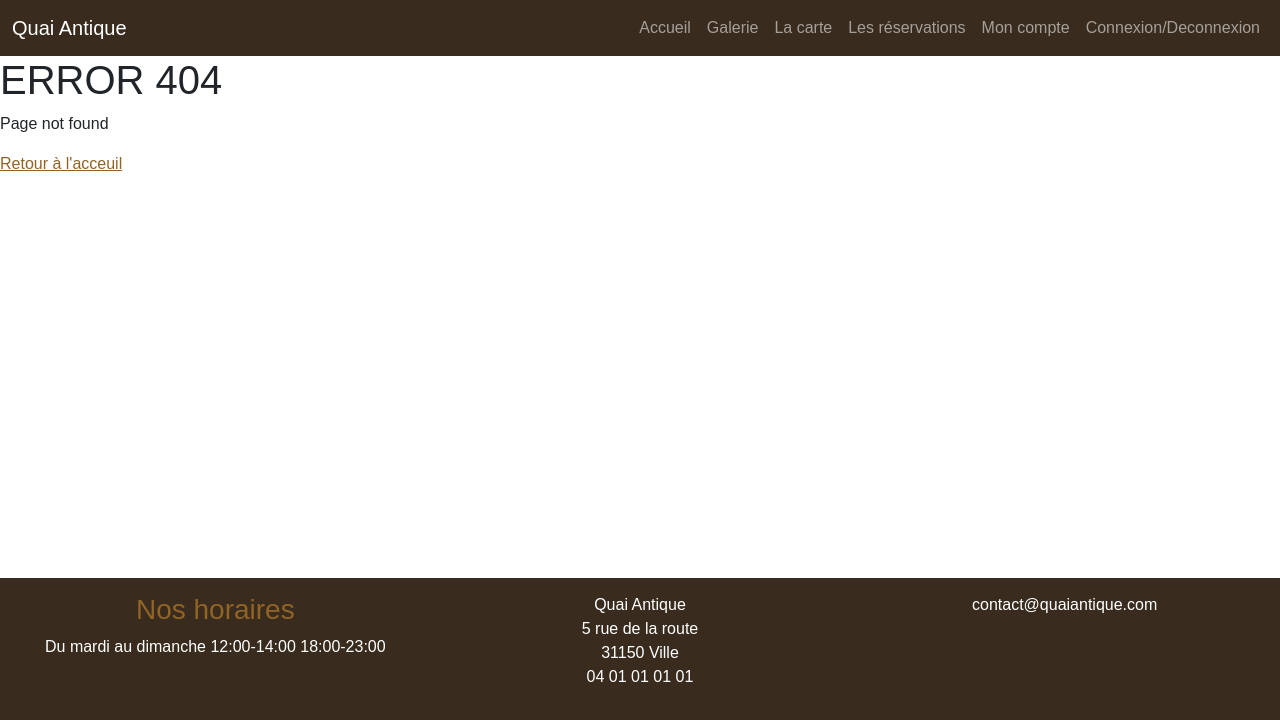
Repository: lemonhao9/QuaiAntiqueRestaurantFront
Page: index.html
These files come from the project's save history. The page is drawn as it stood at one moment and after the next save; the edit follows.
The browser window is 1280 px wide. The pictures show the whole page.
Some web fonts or font styles are not loaded; a fallback is used. Some web libraries are served in a nearby version. The style sheet was rebuilt from its Sass, Less or Tailwind sources for each picture, by a compiler version that may differ from the author's.

Above is the page before, as saved 2025-01-21 17:36:22.

### index.html
<!DOCTYPE html>
<html lang="en">
<head>
    <meta charset="UTF-8">
    <meta name="viewport" content="width=device-width, initial-scale=1.0">
    <link rel="preconnect" href="https://fonts.googleapis.com">
    <link rel="preconnect" href="https://fonts.gstatic.com" crossorigin>
    <link href="https://fonts.googleapis.com/css2?family=Hind+Madurai:wght@300;400&display=swwap" rel="stylesheet">
    <link rel="stylesheet" href="scss/main.css">
    <title>Document</title>
</head>
<body>
    <header>
        <header>
            <nav class="navbar navbar-expand-lg bg-dark" data-bs-theme="dark">
                <div class="container-fluid">
                  <a class="navbar-brand" href="/">Quai Antique</a>
                  <button class="navbar-toggler" type="button" data-bs-toggle="collapse" data-bs-target="#navbarSupportedContent" aria-controls="navbarSupportedContent" aria-expanded="false" aria-label="Toggle navigation">
                    <span class="navbar-toggler-icon"></span>
                  </button>
                  <div class="collapse navbar-collapse" id="navbarSupportedContent">
                    <ul class="navbar-nav ms-auto mb-2 mb-lg-0">
                      <li class="nav-item">
                        <a class="nav-link" href="/">Accueil</a>
                      </li>
                      <li class="nav-item">
                        <a class="nav-link" href="/galerie">Galerie</a>
                      </li>
                      <li class="nav-item">
                        <a class="nav-link" href="#">La carte</a>
                      </li>
                      <li class="nav-item">
                        <a class="nav-link" href="#">Les réservations</a>
                      </li>
                      <li class="nav-item">
                        <a class="nav-link" href="#">Mon compte</a>
                      </li>
                      <li class="nav-item">
                        <a class="nav-link" href="#">Connexion/Deconnexion</a>
                      </li>
                    </ul>
                  </div>
                </div>
              </nav>
        </header>
        <main id="main-page"> </main>
<footer class="bg-dark text-white text-center footer">
        <div class="row">
            <div class="col-12 col-lg-4">
                <h3 class="text-primary">Nos horaires</h3>
                <p>Du mardi au dimanche  12:00-14:00  18:00-23:00</p>
            </div>
            <div class="col-6 col-lg-4">
                <p>Quai Antique <br/>
                    5 rue de la route <br/>
                    31150 Ville <br/>
                    04 01 01 01 01 <br/>
                </p>
            </div>
            <div class="col-6 col-lg-4">
                <p>contact@quaiantique.com</p>
            </div>
        </div>
    </footer>
    <script type="module" src="Router/Router.js"></script>
    <script src="node_modules/bootstrap/dist/js/bootstrap.bundle.min.js"></script>
</body>
</html>

### Router/Router.js
import Route from "./Route.js";
import { allRoutes, websiteName } from "./allRoutes.js";

// Création d'une route pour la page 404 (page introuvable)
const route404 = new Route("404", "Page introuvable", "/pages/404.html");

// Fonction pour récupérer la route correspondant à une URL donnée
const getRouteByUrl = (url) => {
  let currentRoute = null;
  // Parcours de toutes les routes pour trouver la correspondance
  allRoutes.forEach((element) => {
    if (element.url == url) {
      currentRoute = element;
    }
  });
  // Si aucune correspondance n'est trouvée, on retourne la route 404
  if (currentRoute != null) {
    return currentRoute;
  } else {
    return route404;
  }
};

// Fonction pour charger le contenu de la page
const LoadContentPage = async () => {
  const path = window.location.pathname;
  // Récupération de l'URL actuelle
  const actualRoute = getRouteByUrl(path);
  // Récupération du contenu HTML de la route
  const html = await fetch(actualRoute.pathHtml).then((data) => data.text());
  // Ajout du contenu HTML à l'élément avec l'ID "main-page"
  document.getElementById("main-page").innerHTML = html;

  // Ajout du contenu JavaScript
  if (actualRoute.pathJS != "") {
    // Création d'une balise script
    var scriptTag = document.createElement("script");
    scriptTag.setAttribute("type", "text/javascript");
    scriptTag.setAttribute("src", actualRoute.pathJS);

    // Ajout de la balise script au corps du document
    document.querySelector("body").appendChild(scriptTag);
  }

  // Changement du titre de la page
  document.title = actualRoute.title + " - " + websiteName;
};

// Fonction pour gérer les événements de routage (clic sur les liens)
const routeEvent = (event) => {
  event = event || window.event;
  event.preventDefault();
  // Mise à jour de l'URL dans l'historique du navigateur
  window.history.pushState({}, "", event.target.href);
  // Chargement du contenu de la nouvelle page
  LoadContentPage();
};

// Gestion de l'événement de retour en arrière dans l'historique du navigateur
window.onpopstate = LoadContentPage;
// Assignation de la fonction routeEvent à la propriété route de la fenêtre
window.route = routeEvent;
// Chargement du contenu de la page au chargement initial
LoadContentPage();

### Router/allRoutes.js
import Route from "./Route.js";

//Définir ici vos routes
export const allRoutes = [
    new Route("/", "Accueil", "/pages/home.html"),];

//Le titre s'affiche comme ceci : Route.titre - websitename
export const websiteName = "Quai Antique";

### pages/404.html
<div>
    <h1>ERROR 404</h1>
    <P>Page not found</P>
    <p><a href="/">Retour à l'acceuil</a></p>
</div>

### scss/main.scss
@import url(/node_modules/bootstrap-icons/font/bootstrap-icons.css);
@import 'custom';

html{
    position:relative;
    min-height: 100%;
}

main{
    margin-bottom: 250px;
}
footer.footer{
    padding: 15px;
    position: absolute;
    bottom: 0;
    width: 100%
}

### scss/_custom.scss
// Custom.scss
// Option A: Include all of Bootstrap

// Include any default variable overrides here (though functions won't be available)
$primary: #906427;
$secondary: #B6AC97;
$dark:#392C1E;
$black:  #292222;
$font-family-sans-serif: "Montserrat", sans-serif !default;
$font-family-serif:"Hind Madurai", serif !default;

@import "../node_modules/bootstrap/scss/bootstrap";

// Then add additional custom code here

Loaded but not shown: Router/Route.js (common file)

After the next save:
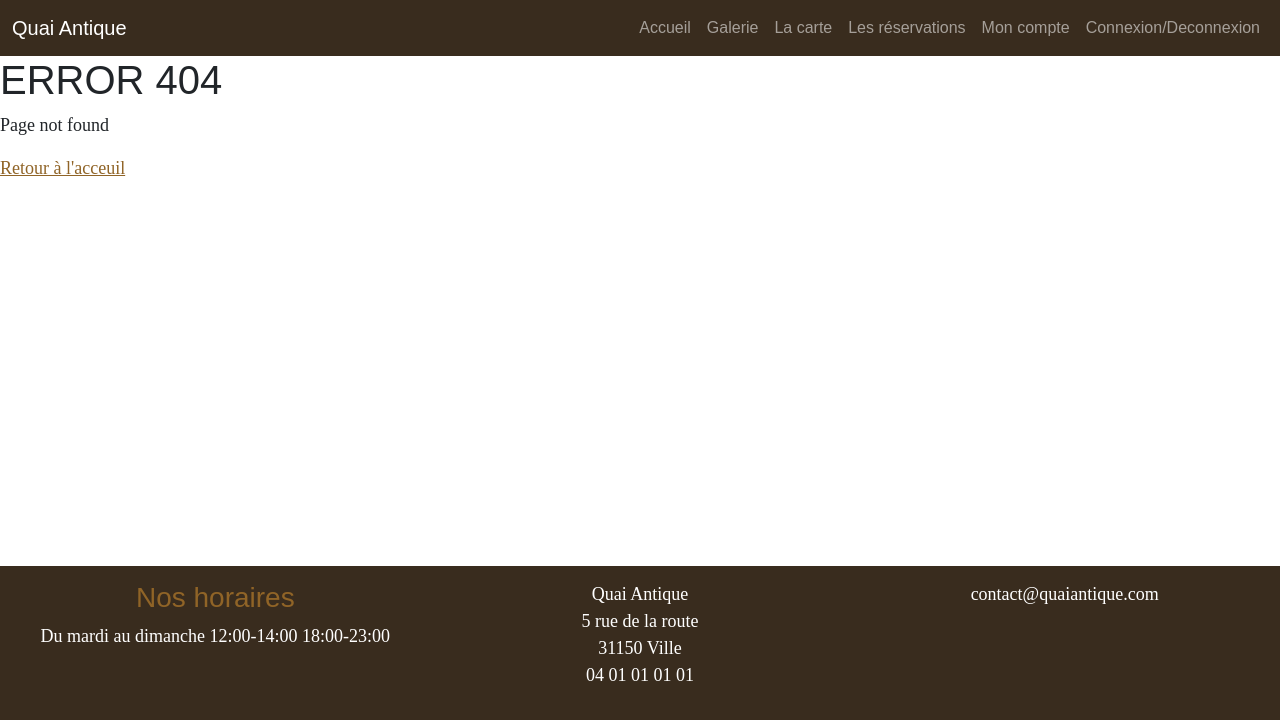
Saved 3 min 15 s later.
--- a/scss/main.scss
+++ b/scss/main.scss
@@ -15,3 +15,8 @@ footer.footer{
     bottom: 0;
     width: 100%
 }
+
+p{
+    font-family: $font-family-serif;
+    font-size: 18px;
+}
